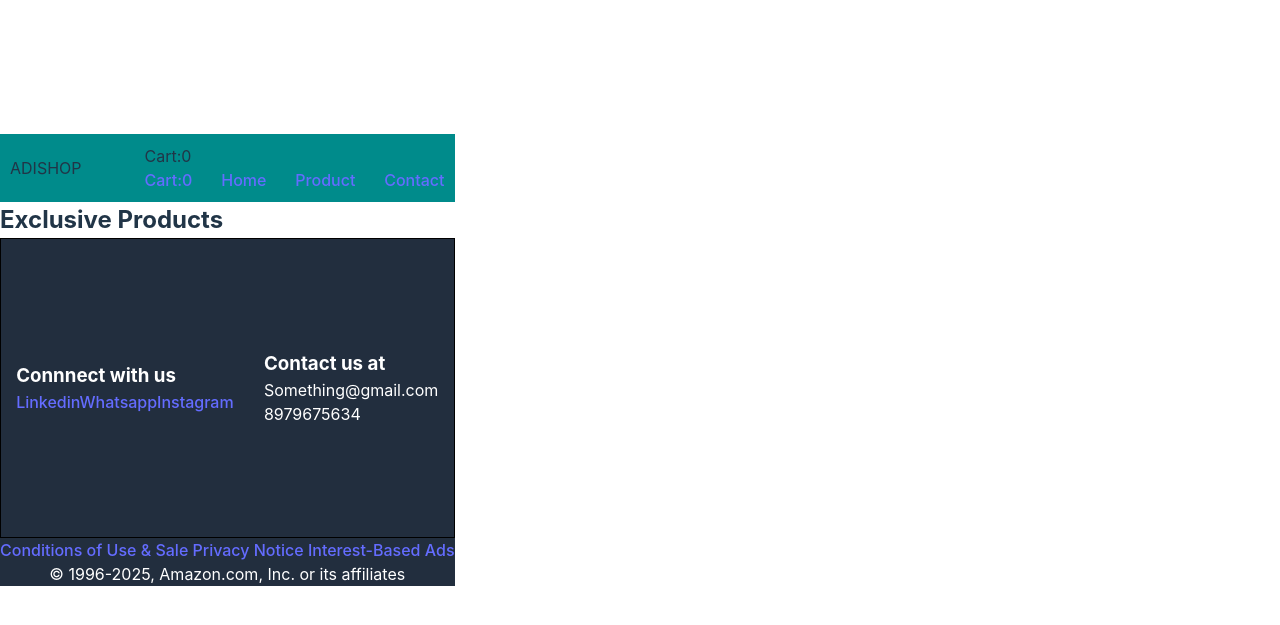
Repository: Aditya0377/React-ecommercewebsite
Page: / (app in ecommerce/)
An editor plug-in stored every save of this project. The page is shown before and after the next save, followed by the edit.
The browser window is 1280 px wide. The pictures show the whole page.
The project was rebuilt for these pictures with package versions that can differ from the ones it lists, and the page was loaded fresh each time. Also part of the build but not shown: ecommerce/vite.config.js, ecommerce/src/components/Product.css, ecommerce/src/components/Product.jsx, ecommerce/src/components/Contact.css, ecommerce/src/components/Contact.jsx, ecommerce/src/components/Login.css, ecommerce/src/components/Login.jsx. Imported but missing from the stored project, and not drawn on this page: ecommerce/src/components/Cart.

Above is the page before, as saved 2025-01-23 15:24:38.

### ecommerce/src/main.jsx
import { BrowserRouter } from 'react-router-dom'
import { createRoot } from 'react-dom/client'
import './index.css'
import App from './App.jsx'

createRoot(document.getElementById('root')).render(
  <BrowserRouter>
    <App />
  </BrowserRouter>


)

### ecommerce/src/App.jsx
import React, { useState } from 'react'
import Header from './components/Header'
import { Routes, Route } from 'react-router-dom'
import Home from './components/Home'
import Product from './components/Product'
import Contact from './components/Contact'
import Login from './components/Login'
import Footer from './components/Footer'
import Cart from './components/Cart'


const App = () => {

  const [count, setCount] = useState(0);

  return (
    <div>
      <Header count={count} />
      <Routes>
        <Route path='/cart' element={<Cart />} />
        <Route path='/' element={<Home />} />
        <Route path='/product' element={<Product setCount={setCount} />} />
        <Route path='/contact' element={<Contact />} />
        <Route path='/login' element={<Login />} />



      </Routes>
      <Footer />
    </div>
  )
}

export default App

### ecommerce/src/components/Header.jsx
import React from 'react'
import "./Header.css"
import { Link } from "react-router-dom"
import { useState } from 'react'
import Counter from './Counter'
const Header = ({ count }) => {

    const [hide, sethide] = useState(true);
    const unhide = () => {
        sethide(!hide)
        console.log(hide)
    }
    return (
        <><div className='burpar'>
            <div className='burger' onClick={unhide}>
                <div className="icon"></div>
                <div className="icon"></div>
                <div className="icon"></div>
            </div>
            <div className="search"><input type="search" name="" id="" placeholder='Search Here' /></div>

        </div>
            <div className={`nav ${hide ? 'shownav' : 'hidenav'}`}>
                <div className="logo">ADISHOP</div>
                <div className="menu">
                    <Counter />
                    <ul>

                        <li>
                            <Link to='/cart'>Cart:{count}</Link>
                        </li>
                        <li>
                            <Link to='/'>Home</Link>
                        </li>
                        <li>
                            <Link to='/product'>Product</Link>
                        </li>
                        <li>
                            <Link to='/contact'>Contact</Link>

                        </li>
                    </ul>
                </div>
            </div>
        </>
    )
}

export default Header

### ecommerce/src/components/Home.jsx
import React from 'react'
import './Home.css'
const Home = () => {
    return (
        <div className='homepar'>
            <h2>
                Exclusive Products
            </h2>

        </div>
    )
}

export default Home

### ecommerce/src/components/Footer.jsx
import React from 'react'
import { Link } from 'react-router-dom'
import './Footer.css'

const Footer = () => {
    return (
        <div className='footer'>
            <div className="info">
                <div className='connect'>
                    <h3>Connnect with us</h3>
                    <Link to='/linkedin'>Linkedin</Link>
                    <Link to='/linkedin'>Whatsapp</Link>
                    <Link to='/linkedin'>Instagram</Link>

                </div>
                <div className="contactus">
                    <h3>Contact us at</h3>
                    <div className="email">Something@gmail.com</div>
                    <div className="phoneNumber">8979675634</div>
                </div>
            </div>
            <div className="copyinfo">
                <div className="cop1">
                    <Link>Conditions of Use & Sale</Link>
                    <Link>  Privacy Notice</Link>
                    <Link>  Interest-Based Ads</Link>
                </div>
                <div className="cop2">© 1996-2025, Amazon.com, Inc. or its affiliates</div>
            </div>
        </div>
    )
}

export default Footer

### ecommerce/src/components/Header.css
*{
    box-sizing: border-box;
    margin: 0px;
    padding: 0px;
}

.nav{
    padding:10px;
    display: flex;
    justify-content: space-between;
    align-items: center;
    background-color: darkcyan;
}
.menu ul {
    list-style: none;
    display: flex;
    width: 300px;
    justify-content: space-between;
}
.burpar{
    display: none;
}
.icon{
    width: 20px;
    border: 2px solid black;
    margin: 1px;
}
@media screen and (max-width:550px){
    .burpar{
        height: 25px;
        display: flex;
        justify-content: space-between;
        align-items: center;

    }
    .burger{
        display: block;
    }
    .nav{
        width: 90px;
        display: block;
        transition: transform 500ms ease-in;

    }
    .logo{
        display: none;
    }
    .menu ul{

        width: 100%;
         display:flex;
         flex-direction: column;
         align-items: center;
         gap: 10px;
    }
    .shownav{
        transform: translateX(0%);
    }
    .hidenav{
        transform: translateX(-100px)

    }

}

### ecommerce/src/components/Counter.jsx
import React from 'react'

const Counter = () => {
    return (
        <div>
            Cart:0
        </div>
    )
}

export default Counter

### ecommerce/src/components/Footer.css
.footer{
    display: flex;
    background-color: rgb(34,46,62);
    flex-direction: column;
    color: white;
}
.info{
    width: 100%;
    height: 300px;
    display: flex;
    justify-content: space-around;
    align-items: center;
    border: 1px solid black;
}
.copyinfo{
    text-align: center;
}
a {
    text-decoration: none;

}

Loaded but not shown: ecommerce/index.html (common file); ecommerce/src/index.css (common file); ecommerce/src/components/Home.css (no stored copy; drawn as an empty file)

After the next save:
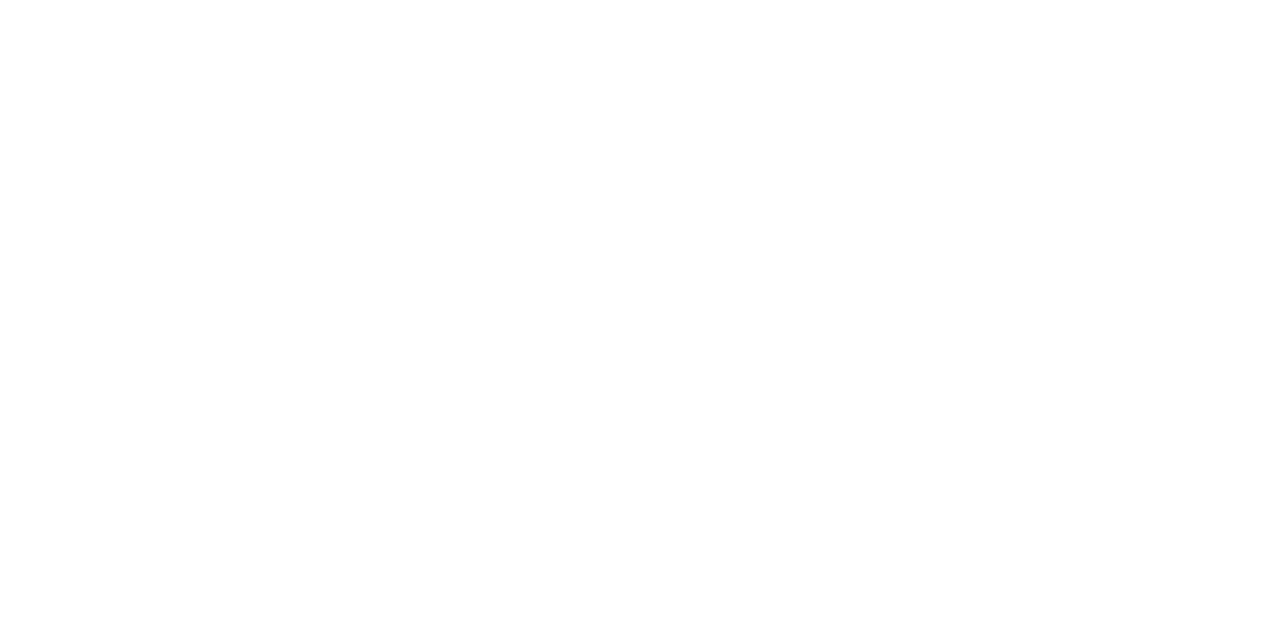
Console error: ReferenceError: Counter is not defined
Saved 53 s later.
--- a/ecommerce/src/components/Header.jsx
+++ b/ecommerce/src/components/Header.jsx
@@ -2,7 +2,7 @@
 import "./Header.css"
 import { Link } from "react-router-dom"
 import { useState } from 'react'
-import Counter from './Counter'
+
 const Header = ({ count }) => {
 
     const [hide, sethide] = useState(true);

After the save that followed:
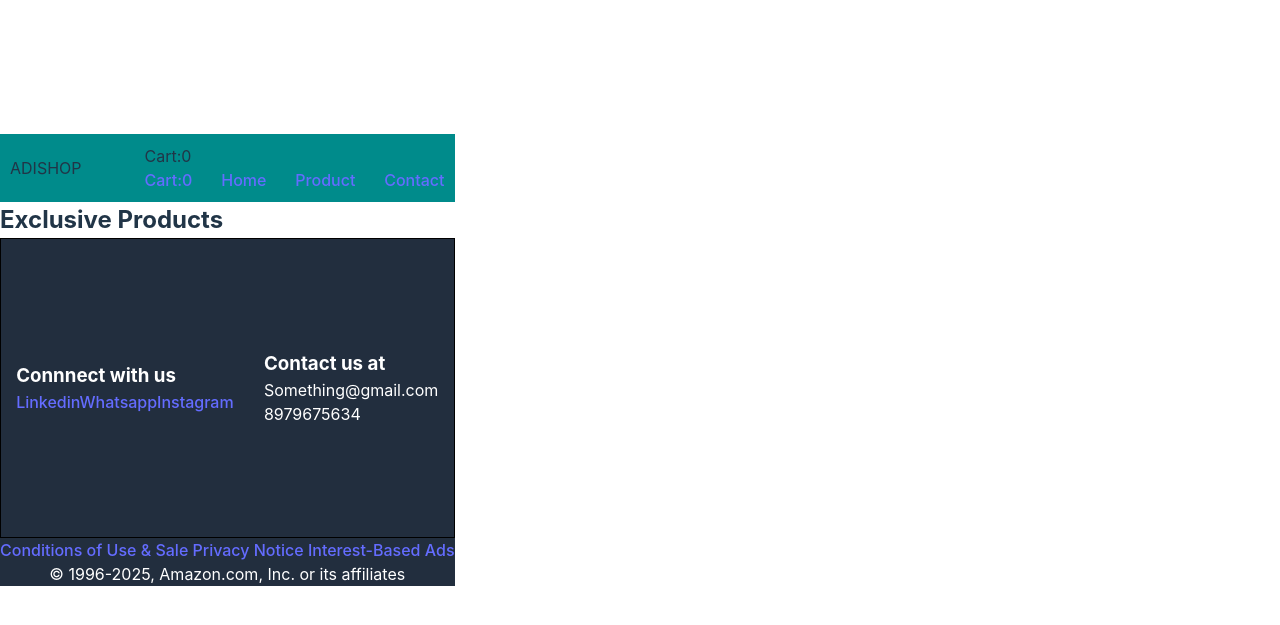
The error is gone.
Saved 48 s later.
--- a/ecommerce/src/components/Header.jsx
+++ b/ecommerce/src/components/Header.jsx
@@ -2,7 +2,7 @@
 import "./Header.css"
 import { Link } from "react-router-dom"
 import { useState } from 'react'
-
+import Counter from './Counter'
 const Header = ({ count }) => {
 
     const [hide, sethide] = useState(true);
